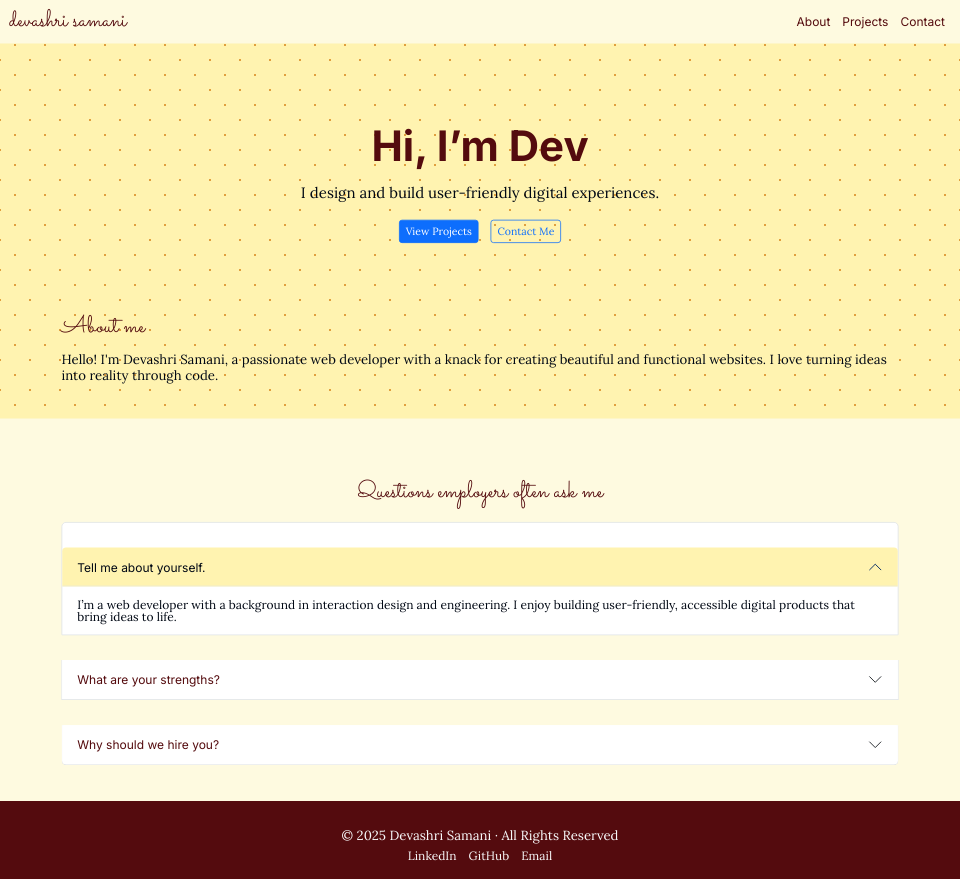
Repository: devashrisamani/devashrisamani.github.io
Page: index.html
These files come from the project's save history. The page is drawn as it stood at one moment and after the next save; the edit follows.
The browser window is 1280 px wide. The pictures show the whole page, at 75% of full size.

Above is the page before, as saved 2025-09-23 22:05:00.

### index.html
<!DOCTYPE html>
<html lang="en">
  <head>
    <meta charset="UTF-8" />
    <meta http-equiv="X-UA-Compatible" content="IE=edge" />
    <meta name="viewport" content="width=device-width, initial-scale=1.0" />
    <title>dev's portfolio</title>
    <link rel="preconnect" href="https://fonts.googleapis.com" />
    <link rel="preconnect" href="https://fonts.gstatic.com" crossorigin />
    <link
      href="https://fonts.googleapis.com/css2?family=Inter:ital,opsz,wght@0,14..32,100..900;1,14..32,100..900&family=Lora:ital,wght@0,400..700;1,400..700&family=Sacramento&display=swap"
      rel="stylesheet"
    />
    <link
      href="https://cdn.jsdelivr.net/npm/bootstrap@5.3.3/dist/css/bootstrap.min.css"
      rel="stylesheet"
    />
    <script src="https://cdn.jsdelivr.net/npm/bootstrap@5.3.3/dist/js/bootstrap.bundle.min.js"></script>
    <link rel="stylesheet" href="/css/css_reset.css" />
    <link rel="stylesheet" href="/css/style.css" />
    <link rel="stylesheet" href="/css/base.css" />
    <link rel="stylesheet" href="/css/layout.css" />
    <link rel="stylesheet" href="/css/components.css" />
  </head>
  <body>
    <!-- Bootstrap Navbar -->
    <header>
      <nav
        class="navbar navbar-expand-md"
        style="background-color: var(--secondary-color)"
      >
        <div class="container-fluid">
          <!-- Logo -->
          <a class="navbar-brand logo-text" href="index.html"
            >devashri samani</a
          >

          <!-- Bootstrap Toggler -->
          <button
            class="navbar-toggler"
            type="button"
            data-bs-toggle="collapse"
            data-bs-target="#navbarNav"
            aria-controls="navbarNav"
            aria-expanded="false"
            aria-label="Toggle navigation"
          >
            <span class="navbar-toggler-icon"></span>
          </button>

          <!-- Menu Links -->
          <div class="collapse navbar-collapse" id="navbarNav">
            <ul class="navbar-nav ms-auto">
              <li class="nav-item">
                <a class="nav-link" href="#about">About</a>
              </li>
              <li class="nav-item">
                <a class="nav-link" href="#projects">Projects</a>
              </li>
              <li class="nav-item">
                <a class="nav-link" href="#contact">Contact</a>
              </li>
            </ul>
          </div>
        </div>
      </nav>
    </header>

    <!-- Content -->
    <main>
      <!-- Hero Section -->
      <section class="text-center py-5">
        <div class="container">
          <h1 class="display-4 fw-bold mb-3">Hi, I’m Dev</h1>
          <p class="lead mb-4">
            I design and build user-friendly digital experiences.
          </p>
          <div class="d-flex justify-content-center gap-3">
            <a href="#projects" class="btn btn-primary btn-sm">View Projects</a>
            <a href="#contact" class="btn btn-outline-primary btn-sm"
              >Contact Me</a
            >
          </div>
        </div>
      </section>

      <!-- About Section -->
      <section id="about" class="container my-5">
        <h2 class="mb-3">About me</h2>
        <p>
          Hello! I'm Devashri Samani, a passionate web developer with a knack
          for creating beautiful and functional websites. I love turning ideas
          into reality through code.
        </p>
      </section>

      <!-- FAQ Section -->
      <section
        id="faq"
        class="py-5"
        style="background-color: var(--secondary-color)"
      >
        <div class="container">
          <h2 class="text-center mb-4">Questions employers often ask me</h2>

          <div class="accordion" id="faqAccordion">
            <!-- Question 1 -->
            <div class="accordion-item">
              <h2 class="accordion-header" id="headingOne">
                <button
                  class="accordion-button"
                  type="button"
                  data-bs-toggle="collapse"
                  data-bs-target="#collapseOne"
                  aria-expanded="true"
                  aria-controls="collapseOne"
                >
                  Tell me about yourself.
                </button>
              </h2>
              <div
                id="collapseOne"
                class="accordion-collapse collapse show"
                aria-labelledby="headingOne"
                data-bs-parent="#faqAccordion"
              >
                <div class="accordion-body">
                  I’m a web developer with a background in interaction design
                  and engineering. I enjoy building user-friendly, accessible
                  digital products that bring ideas to life.
                </div>
              </div>
            </div>

            <!-- Question 2 -->
            <div class="accordion-item">
              <h2 class="accordion-header" id="headingTwo">
                <button
                  class="accordion-button collapsed"
                  type="button"
                  data-bs-toggle="collapse"
                  data-bs-target="#collapseTwo"
                  aria-expanded="false"
                  aria-controls="collapseTwo"
                >
                  What are your strengths?
                </button>
              </h2>
              <div
                id="collapseTwo"
                class="accordion-collapse collapse"
                aria-labelledby="headingTwo"
                data-bs-parent="#faqAccordion"
              >
                <div class="accordion-body">
                  I’m strong in front-end development with HTML, CSS,
                  JavaScript, and have a good eye for design. I’m also quick at
                  learning and adapting new frameworks and tools.
                </div>
              </div>
            </div>

            <!-- Question 3 -->
            <div class="accordion-item">
              <h2 class="accordion-header" id="headingThree">
                <button
                  class="accordion-button collapsed"
                  type="button"
                  data-bs-toggle="collapse"
                  data-bs-target="#collapseThree"
                  aria-expanded="false"
                  aria-controls="collapseThree"
                >
                  Why should we hire you?
                </button>
              </h2>
              <div
                id="collapseThree"
                class="accordion-collapse collapse"
                aria-labelledby="headingThree"
                data-bs-parent="#faqAccordion"
              >
                <div class="accordion-body">
                  Because I combine design sensibility with coding skills,
                  making me effective at building polished, user-friendly
                  solutions. I’m also collaborative and eager to grow with the
                  team.
                </div>
              </div>
            </div>
          </div>
        </div>
      </section>
      <!-- Footer -->
      <footer class="py-4" style="background-color: var(--heading-color-dark)">
        <div class="container text-center">
          <p class="mb-2 text-light">
            © 2025 Devashri Samani · All Rights Reserved
          </p>
          <div class="d-flex justify-content-center gap-3">
            <a
              href="https://www.linkedin.com/"
              target="_blank"
              class="text-light text-decoration-none"
              >LinkedIn</a
            >
            <a
              href="https://github.com/"
              target="_blank"
              class="text-light text-decoration-none"
              >GitHub</a
            >
            <a
              href="mailto:your@email.com"
              class="text-light text-decoration-none"
              >Email</a
            >
          </div>
        </div>
      </footer>
    </main>
  </body>
</html>

### css/css_reset.css
/* http://meyerweb.com/eric/tools/css/reset/
   v2.0 | 20110126
   License: none (public domain)
*/

html,
body,
div,
span,
applet,
object,
iframe,
h1,
h2,
h3,
h4,
h5,
h6,
p,
blockquote,
pre,
a,
abbr,
acronym,
address,
big,
cite,
code,
del,
dfn,
em,
img,
ins,
kbd,
q,
s,
samp,
small,
strike,
strong,
sub,
sup,
tt,
var,
b,
u,
i,
center,
dl,
dt,
dd,
ol,
ul,
li,
fieldset,
form,
label,
legend,
table,
caption,
tbody,
tfoot,
thead,
tr,
th,
td,
article,
aside,
canvas,
details,
embed,
figure,
figcaption,
footer,
header,
hgroup,
menu,
nav,
output,
ruby,
section,
summary,
time,
mark,
audio,
video {
  margin: 0;
  padding: 0;
  border: 0;
  font-size: 100%;
  font: inherit;
  vertical-align: baseline;
}
/* HTML5 display-role reset for older browsers */
article,
aside,
details,
figcaption,
figure,
footer,
header,
hgroup,
menu,
nav,
section {
  display: block;
}
body {
  line-height: 1;
}
ol,
ul {
  list-style: none;
}
blockquote,
q {
  quotes: none;
}
blockquote:before,
blockquote:after,
q:before,
q:after {
  content: "";
  content: none;
}
table {
  border-collapse: collapse;
  border-spacing: 0;
}

### css/style.css
/* CSS for Index Page */

:root {
  --font-sacramento: "Sacramento", cursive;
}

h2 {
  font-family: var(--font-sacramento);
}
body {
  margin: 0;
  padding: 0;
  min-height: 100vh;

  /* Background generated using - https://www.magicpattern.design/tools/css-backgrounds*/
  background-color: #fff3b0;
  background-image: radial-gradient(#e09f3e 1px, transparent 1px),
    radial-gradient(#e09f3e 1px, #fff3b0 1px);
  background-size: 40px 40px;
  background-position: 0 0, 20px 20px;
}

### css/base.css
/* Global Styles only */
/* Font Variables */
:root {
  --font-sacramento: "Sacramento", cursive;
  --font-lora: "Lora", serif;
  --font-inter: "Inter", serif;
}

/* Color Variables */
/* Change this as you go - along with the variable names and heading colors */

:root {
  /* --primary-color: #540b0e; */
  --secondary-color: #fefae0;
  --button-color-primary: #e09f3e; /* for buttons */
  --button-color-secondary: #fff3b0; /* for buttons */
  --heading-color-dark: #540b0e; /* for headings */
  --text-color-dark: #000814; /* for text */
  --text-color-light: #ffffff; /* for containers */
}

/* after bootstrap.css */
:root {
  /* Mapping my fonts/colors to Bootstrap’s CSS vars */
  --bs-body-font-family: var(--font-lora);
  --bs-body-color: var(--text-color-dark);
  --bs-heading-color: var(--heading-color-dark);
  --bs-primary: var(--button-color-primary);
  --bs-secondary: var(--button-color-secondary);
  --bs-link-color: var(--heading-color-dark);
  --bs-link-hover-color: var(--button-color-primary);
}

/* Background generated using - https://www.magicpattern.design/tools/css-backgrounds*/
body {
  min-height: 100vh;
  background-color: #fff3b0;
  background-image: radial-gradient(#e09f3e 1px, transparent 1px),
    radial-gradient(#e09f3e 1px, #fff3b0 1px);
  background-size: 40px 40px;
  background-position: 0 0, 20px 20px;
}

body {
  font-family: var(--font-lora);
  font-size: 100%;
}

h1 {
  font-family: var(--font-inter);
  font-size: 2.5rem;
  font-weight: 200;
  margin-top: 5%;
  margin-bottom: 3%;
  color: var(--heading-color-dark);
}

h2 {
  font-family: var(--font-sacramento);
  color: darkred;
  font-size: 2rem;
  font-weight: 400;
  margin-top: 3%;
  margin-bottom: 2%;
  color: var(--heading-color-dark);
}

h3 {
  font-size: 1.5rem;
  margin-top: 2%;
  margin-bottom: 2%;
  color: var(--text-color-dark);
}

h4 {
  font-size: 1.25rem;
  font-weight: 600;
  margin-top: 1%;
  margin-bottom: 1%;
}

p {
  font-size: 1.1rem;
  margin-top: 1%;
  margin-bottom: 1%;
  line-height: 1.2;
}

### css/layout.css
/* components.css */
.navbar .nav-link {
  color: var(--heading-color-dark);
  font-family: var(--font-inter);
}

.navbar .nav-link:hover {
  color: var(--button-color-primary);
}

.navbar-brand {
  font-family: var(--font-sacramento);
  font-size: 2rem;
  color: var(--heading-color-dark);
}

### css/components.css
/* To Do: Add specific styles for spacing, width, margins, buttons, cards, form, chips, dropdown for the section "Questions Employers often ask me"  */

/* Logo Text
.portfolio-header .logo {
  text-decoration: none;
}

.logo-text {
  font-family: var(--font-sacramento);
  margin: 0;
}

/* Nav List  */
/* .nav-list a {
  text-decoration: none;
  color: var(--heading-color-dark);
  font-size: small;
}

.nav-list a:hover {
  color: var(--button-color-primary);
  font-size: small; */

/* Accordion  */

/* Make accordion blend with your theme */
.accordion-button {
  font-family: var(--font-inter);
  color: var(--heading-color-dark);
}
.accordion-button:not(.collapsed) {
  background-color: var(--button-color-secondary);
  color: var(--text-color-dark);
}
.accordion-body {
  font-family: var(--font-lora);
}

After the next save:
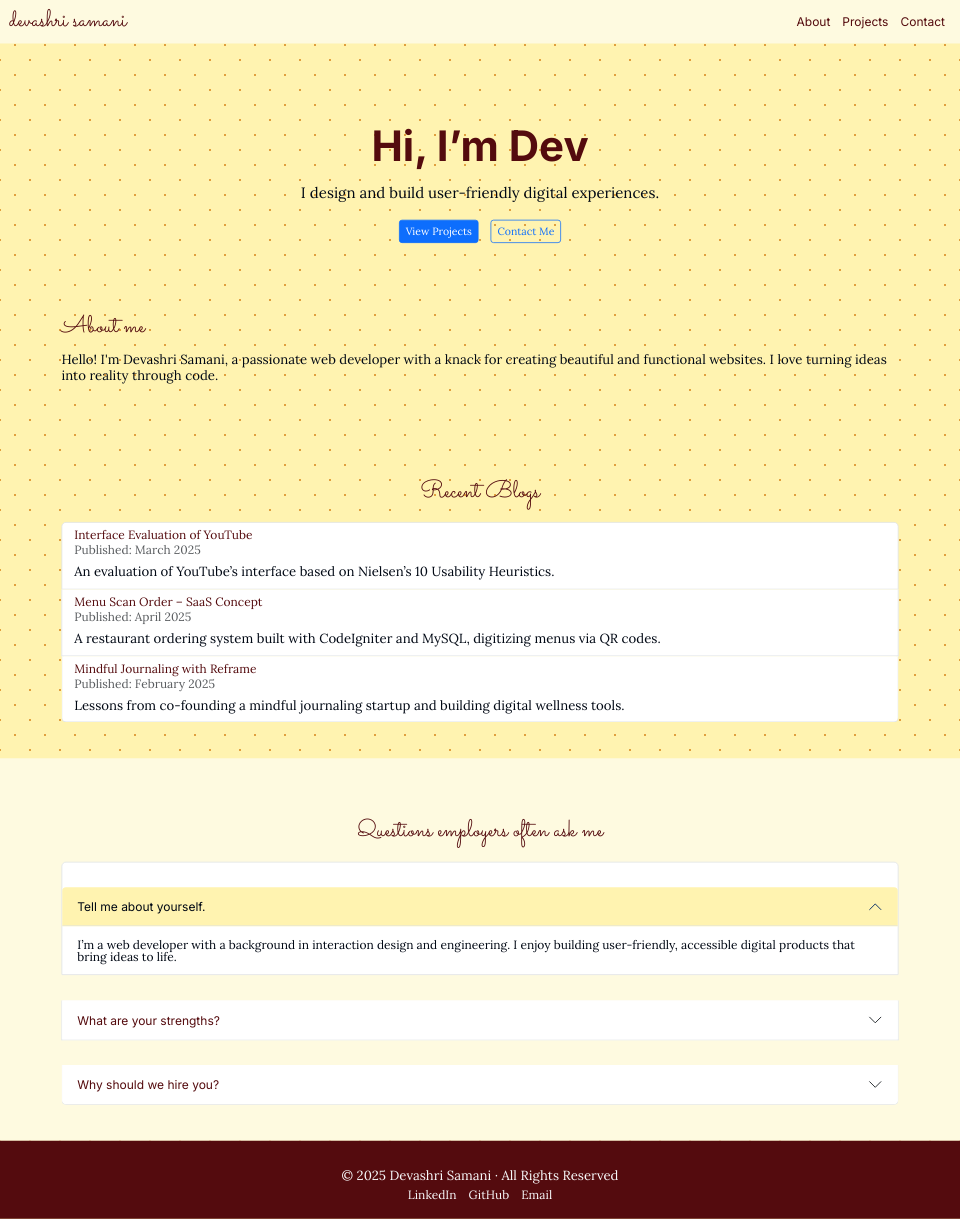
Saved 113 s later.
--- a/index.html
+++ b/index.html
@@ -94,6 +94,45 @@
         </p>
       </section>
 
+      <!-- Recent Blogs -->
+      <section id="blogs" class="py-5">
+        <div class="container">
+          <h2 class="text-center mb-4">Recent Blogs</h2>
+
+          <div class="list-group">
+            <!-- Blog 1 -->
+            <a href="blog1.html" class="list-group-item list-group-item-action">
+              <h5 class="mb-1">Interface Evaluation of YouTube</h5>
+              <small class="text-muted">Published: March 2025</small>
+              <p class="mb-1">
+                An evaluation of YouTube’s interface based on Nielsen’s 10
+                Usability Heuristics.
+              </p>
+            </a>
+
+            <!-- Blog 2 -->
+            <a href="blog2.html" class="list-group-item list-group-item-action">
+              <h5 class="mb-1">Menu Scan Order – SaaS Concept</h5>
+              <small class="text-muted">Published: April 2025</small>
+              <p class="mb-1">
+                A restaurant ordering system built with CodeIgniter and MySQL,
+                digitizing menus via QR codes.
+              </p>
+            </a>
+
+            <!-- Blog 3 -->
+            <a href="blog3.html" class="list-group-item list-group-item-action">
+              <h5 class="mb-1">Mindful Journaling with Reframe</h5>
+              <small class="text-muted">Published: February 2025</small>
+              <p class="mb-1">
+                Lessons from co-founding a mindful journaling startup and
+                building digital wellness tools.
+              </p>
+            </a>
+          </div>
+        </div>
+      </section>
+
       <!-- FAQ Section -->
       <section
         id="faq"
